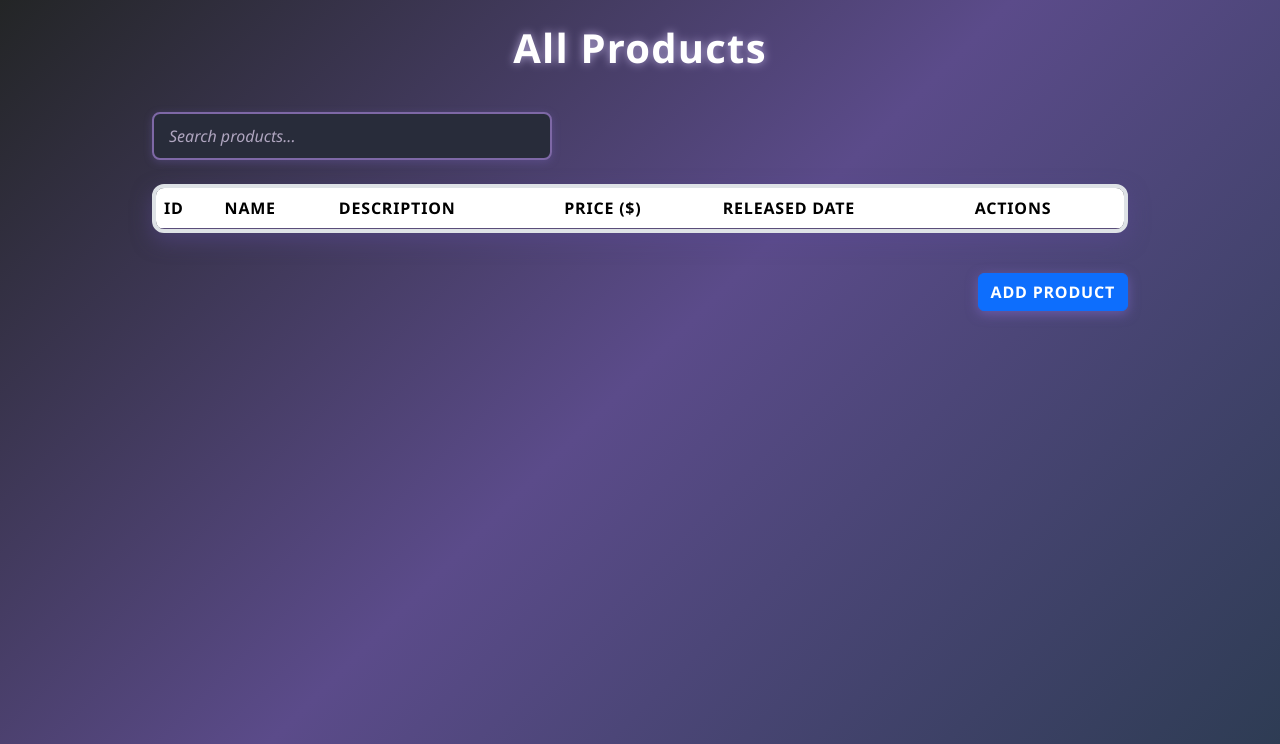
Repository: shyamoracle/training_case_study
Page: pmsagain/pmsitis/src/main/resources/webapp/index.html
The author's editor kept a copy of each file at every save. The page is drawn from the files as they stood at one save, then again after the next save.
The browser window is 1280 px wide. The pictures show the whole page.
The page's requests for data from a server got no answer.

Above is the page before, as saved 2025-09-19 04:41:28.

### pmsagain/pmsitis/src/main/resources/webapp/index.html
<!DOCTYPE html>
<html lang="en">
<head>
  <meta charset="UTF-8" />
  <title>Product List</title>
  <link href="https://cdn.jsdelivr.net/npm/bootstrap@5.3.2/dist/css/bootstrap.min.css" rel="stylesheet" />
  <style>
    /* Body & typography */
    body {
      background: linear-gradient(135deg, #232526, #5b4b8a, #2e3c54);
      color: #e0e0e0;
      font-family: 'Segoe UI', Tahoma, Geneva, Verdana, sans-serif;
      min-height: 100vh;
      padding-bottom: 2rem;
    }

    /* Header */
    h1 {
      text-align: center;
      margin-bottom: 2.5rem;
      color: rgb(255, 255, 255)!important;
      font-weight: 700;
      letter-spacing: 1.2px;
      text-shadow: 0 0 10px rgba(216, 202, 255, 0.7);
    }

    /* Container tweaks */
    .container {
      max-width: 1000px;
    }
    #searchInput {
  width: 100%;
  max-width: 400px;
  padding: 10px 15px;
  margin-bottom: 1.5rem;
  border: 2px solid #7e68a6;  /* lavender border */
  border-radius: 8px;
  background-color: #282c3a;  /* matching table background */
  color: #e0e0e0;
  font-size: 1rem;
  box-shadow: 0 2px 8px rgba(125, 105, 200, 0.3);
  transition: border-color 0.3s ease, box-shadow 0.3s ease;
}

#searchInput::placeholder {
  color: #b0a6c0;
  font-style: italic;
}

#searchInput:focus {
  outline: none;
  border-color: #a593d1;  /* lighter lavender on focus */
  box-shadow: 0 0 8px 2px rgba(165, 147, 209, 0.7);
  background-color: #2e3150;
}


    /* Table styling */
    table {
      border-collapse: separate !important;
      border-spacing: 0;
      border-radius: 12px;
      overflow: hidden;
      border: 4px solid white;  /* thick white border */
      background-color: #282c3a;
      box-shadow: 0 8px 20px rgba(89, 74, 146, 0.5);
      transition: box-shadow 0.3s ease;
      width: 100%;
    }

    table:hover {
      box-shadow: 0 12px 30px rgba(89, 74, 146, 0.8);
    }

    thead th {
      background-color: #7e68a6;
      color: #fff;
      font-weight: 600;
      border-bottom: 3px solid #5a4d7a;
      padding: 14px 50px;
      letter-spacing: 0.05em;
      text-transform: uppercase;
      user-select: none;
    }

    tbody tr:hover {
      background-color: #3b3f58;
      cursor: pointer;
      transition: background-color 0.3s ease;
    }

    tbody td {
      border-top: 1px solid #5a4d7a;
      padding: 14px 50px;
      color: #cfcfe3;
      vertical-align: middle;
    }

    tbody tr:last-child td:first-child {
      border-bottom-left-radius: 12px;
    }

    tbody tr:last-child td:last-child {
      border-bottom-right-radius: 12px;
    }

    /* Action buttons in table */
    .btn-sm {
      padding: 0.25rem 0.5rem;
      font-size: 0.875rem;
    }

    /* Add Product button */
    .btn-add {
      margin-top: 1.5rem;
      margin-bottom: 1rem;
      float: right;
      box-shadow: 0 3px 12px rgba(125, 105, 200, 0.6);
      font-weight: 600;
      letter-spacing: 0.05em;
      text-transform: uppercase;
      transition: background-color 0.3s ease, box-shadow 0.3s ease;
    }

    .btn-add:hover {
      background-color: #6a54a2;
      box-shadow: 0 5px 15px rgba(125, 105, 200, 0.9);
    }
    th.sortable::after {
  content: ' ⇅';
  opacity: 0.4;
  float: right;
}

th.sortable.sorted-asc::after {
  content: ' ↑';
  opacity: 0.9;
}

th.sortable.sorted-desc::after {
  content: ' ↓';
  opacity: 0.9;
}


    /* Responsive adjustments */
    @media (max-width: 768px) {
      thead th, tbody td {
        padding: 10px 12px;
      }
      .btn-add {
        float: none;
        display: block;
        width: 100%;
        text-align: center;
      }
    }
  </style>
</head>
<body>
  <div class="container mt-4">
    <h1>All Products</h1>

    <input
  type="text"
  id="searchInput"
  placeholder="Search products..."
  aria-label="Search products"
/>

    <table class="table">
      <thead>
        <tr>
          <th>ID</th>
          <th>Name</th>
          <th>Description</th>
          <th>Price ($)</th>
          <th>Released Date</th>
          <th>Actions</th>
        </tr>
      </thead>
      <tbody id="productTableBody"></tbody>
    </table>

    <a href="add-product.html" class="btn btn-primary btn-add">Add Product</a>

  </div>

  <script src="js/api.js"></script>
  <script src="js/main.js"></script>
  <script src="js/search.js"></script>
  <script src="js/sort.js"></script>
</body>
</html>

### pmsagain/pmsitis/src/main/resources/webapp/js/api.js
const API_BASE = "http://localhost:8080/pmsapp/webapi/products";

async function getAllProducts() {
  const res = await fetch(`${API_BASE}/all`);
  return await res.json();
}

async function deleteProduct(id) {
  await fetch(`${API_BASE}/delete/${id}`, { method: "DELETE" });
}

async function addProduct(product) {
  return await fetch(`${API_BASE}/add`, {
    method: "POST",
    headers: { "Content-Type": "application/json" },
    body: JSON.stringify(product),
  });
}

async function getProduct(id) {
  const res = await fetch(`${API_BASE}/view?id=${id}`);
  return await res.json();
}

async function updateProduct(id, product) {
  return await fetch(`${API_BASE}/edit/${id}`, {
    method: "PUT",
    headers: { "Content-Type": "application/json" },
    body: JSON.stringify(product),
  });
}

### pmsagain/pmsitis/src/main/resources/webapp/js/main.js
document.addEventListener("DOMContentLoaded", async () => {
  const products = await getAllProducts();
  initSort(products, renderTable);
});

function renderTable(products) {
  const tableBody = document.getElementById("productTableBody");
  tableBody.innerHTML = ""; // Clear old rows

  products.forEach(product => {
    const row = document.createElement("tr");
    row.innerHTML = `
      <td>${product.productId}</td>
      <td>${product.productName}</td>
      <td>${product.productDescription}</td>
      <td>${product.productPrice}</td>
      <td>${product.productReleasedOn}</td>
      <td>
        <a href="edit-product.html?id=${product.productId}" class="btn btn-sm btn-primary">Edit</a>
        <button class="btn btn-sm btn-danger" onclick="deleteAndReload(${product.productId})">Delete</button>
      </td>`;
    tableBody.appendChild(row);
  });
}

async function deleteAndReload(id) {
  if (confirm("Are you sure you want to delete this product?")) {
    await deleteProduct(id);
    window.location.reload();
  }
}

### pmsagain/pmsitis/src/main/resources/webapp/js/search.js
// search.js
document.addEventListener('DOMContentLoaded', () => {
  const searchInput = document.getElementById('searchInput');
  const tableBody = document.getElementById('productTableBody');

  if (!searchInput || !tableBody) return; // safety check

  searchInput.addEventListener('input', () => {
    const filter = searchInput.value.toLowerCase();
    const rows = tableBody.getElementsByTagName('tr');

    for (let row of rows) {
      let text = '';
      for (let cell of row.cells) {
        text += cell.textContent.toLowerCase() + ' ';
      }
      row.style.display = text.includes(filter) ? '' : 'none';
    }
  });
});
/**
 *
 */

### pmsagain/pmsitis/src/main/resources/webapp/js/sort.js
let currentSort = { column: null, ascending: true };
let productsCache = [];

/**
 * Initializes sortable columns for the table.
 */
function initSort(products, renderCallback) {
  productsCache = products;
  renderCallback(products); // initial render

  document.querySelectorAll("th.sortable").forEach(th => {
    th.style.cursor = "pointer";

    th.addEventListener("click", () => {
      const column = th.dataset.column;

      if (currentSort.column === column) {
        currentSort.ascending = !currentSort.ascending;
      } else {
        currentSort.column = column;
        currentSort.ascending = true;
      }

      // Update sort indicator classes
      document.querySelectorAll("th.sortable").forEach(header => {
        header.classList.remove("sorted-asc", "sorted-desc");
      });
      th.classList.add(currentSort.ascending ? "sorted-asc" : "sorted-desc");

      const sorted = [...productsCache].sort((a, b) => {
        let valA = a[column];
        let valB = b[column];

        // Normalize values
        if (!isNaN(valA) && !isNaN(valB)) {
          valA = parseFloat(valA);
          valB = parseFloat(valB);
        } else if (isValidDate(valA) && isValidDate(valB)) {
          valA = new Date(valA);
          valB = new Date(valB);
        } else {
          valA = valA.toString().toLowerCase();
          valB = valB.toString().toLowerCase();
        }

        if (valA < valB) return currentSort.ascending ? -1 : 1;
        if (valA > valB) return currentSort.ascending ? 1 : -1;
        return 0;
      });

      renderCallback(sorted);
    });
  });
}

function isValidDate(val) {
  return !isNaN(Date.parse(val));
}

After the next save:
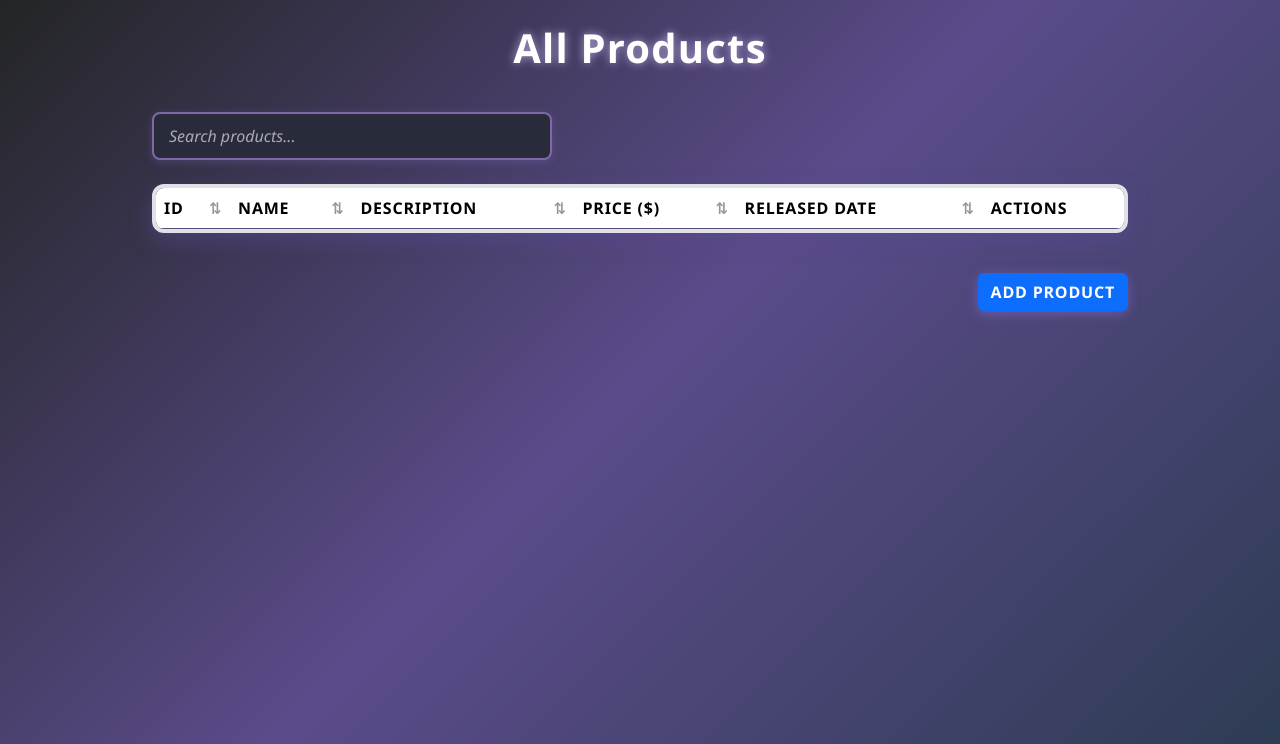
Saved 16 s later.
--- a/pmsagain/pmsitis/src/main/resources/webapp/index.html
+++ b/pmsagain/pmsitis/src/main/resources/webapp/index.html
@@ -171,12 +171,17 @@ th.sortable.sorted-desc::after {
     <table class="table">
       <thead>
         <tr>
-          <th>ID</th>
-          <th>Name</th>
-          <th>Description</th>
-          <th>Price ($)</th>
-          <th>Released Date</th>
-          <th>Actions</th>
+         <thead>
+  <tr>
+    <th data-column="productId" class="sortable">ID</th>
+    <th data-column="productName" class="sortable">Name</th>
+    <th data-column="productDescription" class="sortable">Description</th>
+    <th data-column="productPrice" class="sortable">Price ($)</th>
+    <th data-column="productReleasedOn" class="sortable">Released Date</th>
+    <th>Actions</th>
+  </tr>
+</thead>
+
         </tr>
       </thead>
       <tbody id="productTableBody"></tbody>
